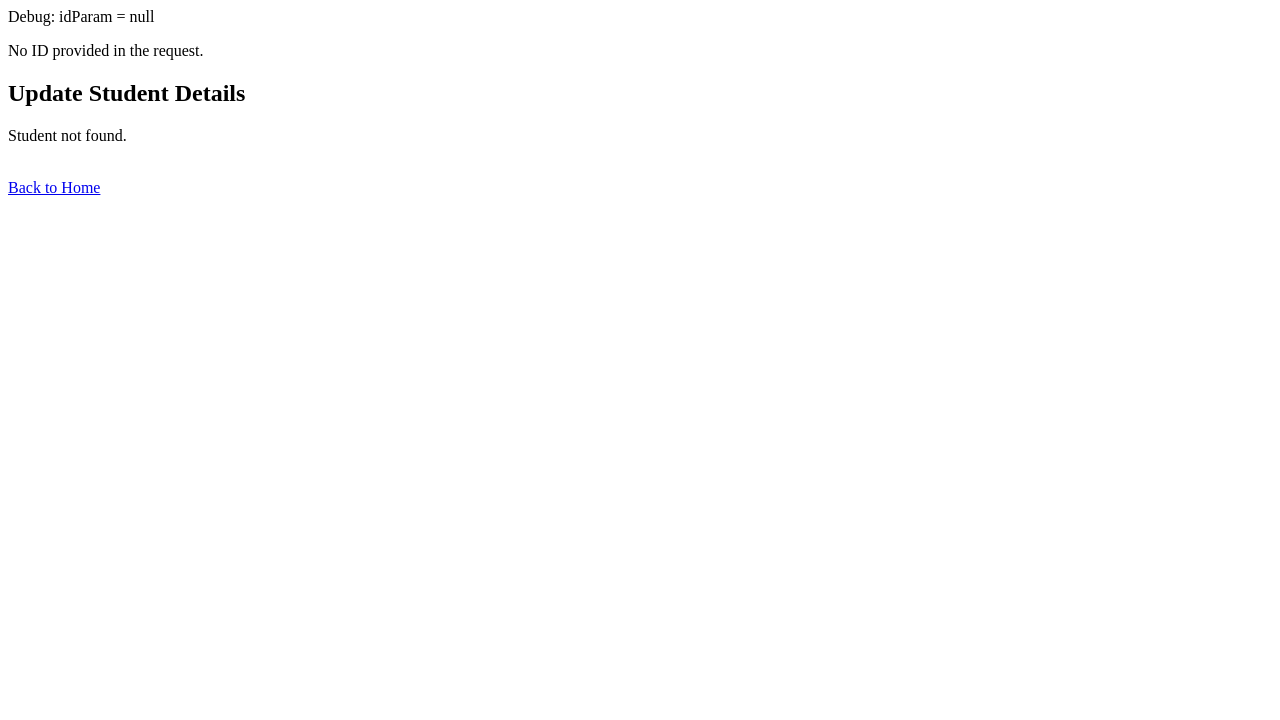
Repository: Keerthana2M/Hostel-Management-system
Page: http://localhost/Hostelweb/studentupdate.jsp
These files come from the project's save history. The page is drawn as it stood at one moment and after the next save; the edit follows.
The browser window is 1280 px wide. The pictures show the whole page.
The page is served by Tomcat 9. Other server files are loaded and not shown.

Above is the page before, as saved 2025-05-28 13:28:39.

### Hostelweb/src/main/webapp/studentupdate.jsp
<%@ page language="java" contentType="text/html; charset=UTF-8" pageEncoding="UTF-8"%>
<%@ page import="com.model.student" %>
<%@ page import="com.dao.HostelDAO" %>

<%
  String idParam = request.getParameter("id");
  student student = null;

  out.println("<p>Debug: idParam = " + idParam + "</p>");

  if (idParam != null) {
    int id = Integer.parseInt(idParam);
    HostelDAO dao = new HostelDAO();
    try {
      student = dao.getStudentById(id);
      if (student == null) {
        out.println("<p>No student found for ID " + id + "</p>");
      } else {
        out.println("<p>Student found: " + student.getName() + "</p>");
      }
    } catch (Exception e) {
      out.println("<p>Error retrieving student: " + e.getMessage() + "</p>");
    }
  } else {
    out.println("<p>No ID provided in the request.</p>");
  }
%>

<html>
<head>
  <title>Update Student</title>
</head>
<body>
<h2>Update Student Details</h2>

<%
  if (student != null) {
%>
<form action="UpdateStudentServlet" method="post">
  <input type="hidden" name="id" value="<%= student.getId() %>">

  <label for="name">Student Name:</label><br>
  <input type="text" name="name" value="<%= student.getName() %>" required><br><br>

  <label for="roomNumber">Room Number:</label><br>
  <input type="text" name="roomNumber" value="<%= student.getRoomNumber() %>" required><br><br>

  <label for="admissionDate">Admission Date (YYYY-MM-DD):</label><br>
  <input type="date" name="admissionDate" value="<%= student.getAdmissionDate() %>" required><br><br>

  <label for="feesPaid">Fees Paid:</label><br>
  <input type="number" step="0.01" name="feesPaid" value="<%= student.getFeesPaid() %>" required><br><br>

  <label for="pendingFees">Pending Fees:</label><br>
  <input type="number" step="0.01" name="pendingFees" value="<%= student.getPendingFees() %>" required><br><br>

  <input type="submit" value="Update Student">
</form>
<% } else { %>
<p>Student not found.</p>
<% } %>

<br>
<a href="index.jsp">Back to Home</a>
</body>
</html>

After the next save:
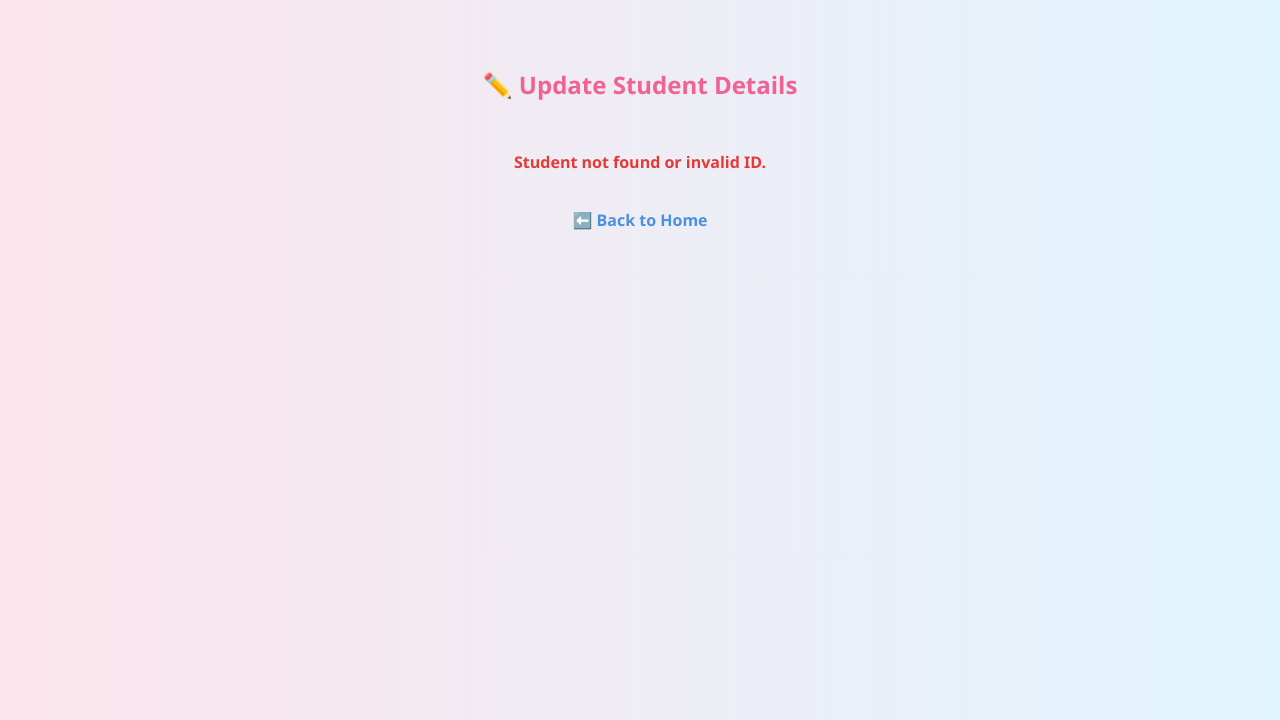
Saved 2 min 1 s later.
--- a/Hostelweb/src/main/webapp/studentupdate.jsp
+++ b/Hostelweb/src/main/webapp/studentupdate.jsp
@@ -6,61 +6,139 @@
   String idParam = request.getParameter("id");
   student student = null;
 
-  out.println("<p>Debug: idParam = " + idParam + "</p>");
-
   if (idParam != null) {
     int id = Integer.parseInt(idParam);
     HostelDAO dao = new HostelDAO();
     try {
       student = dao.getStudentById(id);
-      if (student == null) {
-        out.println("<p>No student found for ID " + id + "</p>");
-      } else {
-        out.println("<p>Student found: " + student.getName() + "</p>");
-      }
     } catch (Exception e) {
-      out.println("<p>Error retrieving student: " + e.getMessage() + "</p>");
+      out.println("<p style='color: red;'>Error: " + e.getMessage() + "</p>");
     }
-  } else {
-    out.println("<p>No ID provided in the request.</p>");
   }
 %>
 
+<!DOCTYPE html>
 <html>
 <head>
   <title>Update Student</title>
+  <style>
+    body {
+      font-family: 'Segoe UI', Tahoma, Geneva, Verdana, sans-serif;
+      background: linear-gradient(to right, #fce4ec, #e1f5fe);
+      display: flex;
+      flex-direction: column;
+      align-items: center;
+      padding: 40px;
+    }
+
+    h2 {
+      color: #f06292;
+      margin-bottom: 30px;
+    }
+
+    form {
+      background-color: #fff;
+      padding: 30px 40px;
+      border-radius: 12px;
+      box-shadow: 0 10px 25px rgba(0, 0, 0, 0.1);
+      width: 100%;
+      max-width: 500px;
+    }
+
+    label {
+      font-weight: 600;
+      display: block;
+      margin-top: 15px;
+      color: #444;
+    }
+
+    input[type="text"],
+    input[type="number"],
+    input[type="date"] {
+      width: 100%;
+      padding: 10px;
+      margin-top: 5px;
+      border-radius: 6px;
+      border: 1px solid #ccc;
+      box-sizing: border-box;
+      font-size: 1rem;
+      transition: border-color 0.3s;
+    }
+
+    input[type="text"]:focus,
+    input[type="number"]:focus,
+    input[type="date"]:focus {
+      border-color: #64b5f6;
+      outline: none;
+    }
+
+    input[type="submit"] {
+      background-color: #f06292;
+      color: white;
+      font-weight: bold;
+      margin-top: 25px;
+      padding: 12px;
+      width: 100%;
+      border: none;
+      border-radius: 7px;
+      font-size: 1.1rem;
+      cursor: pointer;
+      transition: background-color 0.3s;
+    }
+
+    input[type="submit"]:hover {
+      background-color: #e91e63;
+    }
+
+    a {
+      margin-top: 20px;
+      display: inline-block;
+      color: #4a90e2;
+      text-decoration: none;
+      font-weight: 600;
+    }
+
+    a:hover {
+      text-decoration: underline;
+    }
+
+    .not-found {
+      color: #e53935;
+      font-weight: bold;
+      margin-top: 20px;
+    }
+  </style>
 </head>
 <body>
-<h2>Update Student Details</h2>
+  <h2>✏️ Update Student Details</h2>
 
-<%
-  if (student != null) {
-%>
-<form action="UpdateStudentServlet" method="post">
-  <input type="hidden" name="id" value="<%= student.getId() %>">
+  <%
+    if (student != null) {
+  %>
+  <form action="UpdateStudentServlet" method="post">
+    <input type="hidden" name="id" value="<%= student.getId() %>">
 
-  <label for="name">Student Name:</label><br>
-  <input type="text" name="name" value="<%= student.getName() %>" required><br><br>
+    <label for="name">Student Name:</label>
+    <input type="text" name="name" value="<%= student.getName() %>" required>
 
-  <label for="roomNumber">Room Number:</label><br>
-  <input type="text" name="roomNumber" value="<%= student.getRoomNumber() %>" required><br><br>
+    <label for="roomNumber">Room Number:</label>
+    <input type="text" name="roomNumber" value="<%= student.getRoomNumber() %>" required>
 
-  <label for="admissionDate">Admission Date (YYYY-MM-DD):</label><br>
-  <input type="date" name="admissionDate" value="<%= student.getAdmissionDate() %>" required><br><br>
+    <label for="admissionDate">Admission Date:</label>
+    <input type="date" name="admissionDate" value="<%= student.getAdmissionDate() %>" required>
 
-  <label for="feesPaid">Fees Paid:</label><br>
-  <input type="number" step="0.01" name="feesPaid" value="<%= student.getFeesPaid() %>" required><br><br>
+    <label for="feesPaid">Fees Paid:</label>
+    <input type="number" step="0.01" name="feesPaid" value="<%= student.getFeesPaid() %>" required>
 
-  <label for="pendingFees">Pending Fees:</label><br>
-  <input type="number" step="0.01" name="pendingFees" value="<%= student.getPendingFees() %>" required><br><br>
+    <label for="pendingFees">Pending Fees:</label>
+    <input type="number" step="0.01" name="pendingFees" value="<%= student.getPendingFees() %>" required>
 
-  <input type="submit" value="Update Student">
-</form>
-<% } else { %>
-<p>Student not found.</p>
-<% } %>
+    <input type="submit" value="Update Student">
+  </form>
+  <% } else { %>
+    <p class="not-found">Student not found or invalid ID.</p>
+  <% } %>
 
-<br>
-<a href="index.jsp">Back to Home</a>
+  <a href="index.jsp">⬅️ Back to Home</a>
 </body>
 </html>
